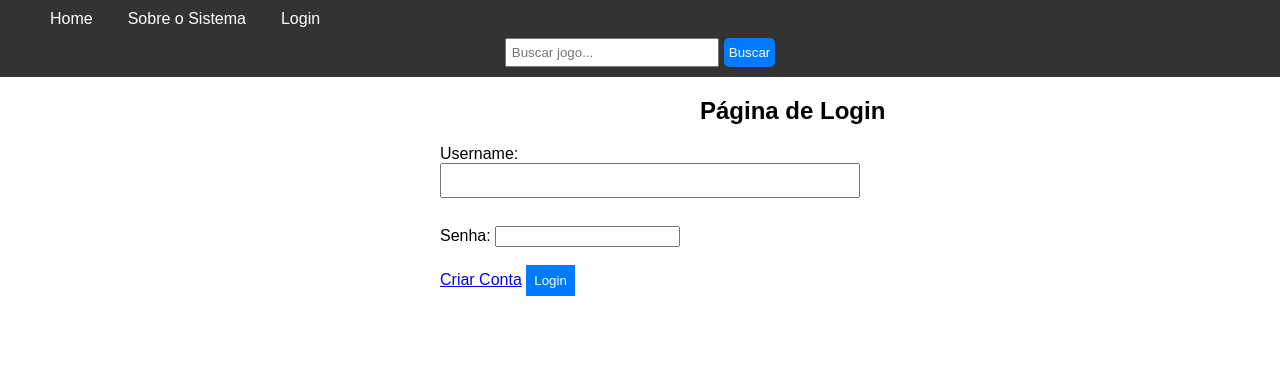
Repository: lucasparila/JogosEletronicos
Page: http://localhost/JogosEletronicos/view/login.jsp
An editor plug-in stored every save of this project. The page is shown before and after the next save, followed by the edit.
The browser window is 1280 px wide. The pictures show the whole page.
The page is served by Tomcat 9. Other server files are loaded and not shown.

Above is the page before, as saved 2025-05-17 18:55:20.

### JogosEletronicos/src/main/webapp/view/login.jsp
<%@ page contentType="text/html; charset=UTF-8" pageEncoding="UTF-8" %>
<!DOCTYPE html>
<html>
<head>
    <title>Cadastrar Jogo</title>
    <link rel="stylesheet" href="<%= request.getContextPath() %>/css/header.css">
    <link rel="stylesheet" href="<%= request.getContextPath() %>/css/login.css">
</head>
<body>

<%
    String contextPath = ((HttpServletRequest) request).getContextPath();
%>

    <jsp:include page="header.jsp" />
    <h2 class="titulo-login">Página de Login</h2>

    <form class="form-login" action="<%= request.getContextPath() %>/login" method="post">
        <label>Username:</label>
        <input type="text" name="username" required><br><br> <!-- Correção aqui -->

        <label>Senha:</label>
        <input type="password" name="senha" required><br><br> <!-- Correção aqui -->

        <a href="<%= contextPath %>/view/criar-conta.jsp">Criar Conta</a>
        <input type="submit" value="Login">
    </form>

    <% String mensagem = (String) session.getAttribute("mensagem"); %>
<% if (mensagem != null) { %>
    <p style="color: red;"><%= mensagem %></p>
    <% session.removeAttribute("mensagem"); %> <!-- Remove após exibir -->
<% } %>
</body>
</html>

### JogosEletronicos/src/main/webapp/view/header.jsp
<%@ page contentType="text/html; charset=UTF-8" pageEncoding="UTF-8" session="true" %>
<!DOCTYPE html>
<html>
<head>
    <title>Header</title>
    <link rel="stylesheet" href="<%= request.getContextPath() %>/css/header.css">
</head>
<body>

<%
    String username = (String) session.getAttribute("username");
    String contextPath = request.getContextPath();
%>

<header>
    <nav class="navbar">

            <% if (username != null) { %>
            	 <ul class="menu">
            		<li><a href="<%= contextPath %>/index.jsp">Home</a></li>
            		<li><a href="<%= contextPath %>/view/sobre-sistema.jsp">Sobre o Sistema</a></li>
            		<li><a href="<%= contextPath %>/view/exibirJogo.jsp">Meus jogos</a></li>
            		<li class="usuario"><span class="saudacao"><%= username %>!</span></li>
               		<li class="sair"><a href="<%= contextPath %>/logout" class="logout">Sair</a></li>
       			 </ul>

            <% } else { %>
           		 <ul class="menu">
           			 <li><a href="<%= contextPath %>/index.jsp">Home</a></li>
            		 <li><a href="<%= contextPath %>/view/sobre-sistema.jsp">Sobre o Sistema</a></li>
            		 <li><a href="<%= contextPath %>/view/login.jsp">Login</a></li>
       			 </ul>

            <% } %>
    </nav>

    <!-- Campo de busca -->
    <form action="<%= contextPath %>/buscar-jogo" method="post" class="search-form">
        <input type="text" name="titulo" placeholder="Buscar jogo..." required>
        <button type="submit">Buscar</button>
    </form>
</header>

</body>
</html>

### JogosEletronicos/src/main/webapp/css/header.css
body, html {
    margin: 0;
    padding: 0;
    font-family: Arial, sans-serif;
}

header {
    background-color: #333;
    padding: 10px;
    display: flex;
    flex-direction: column;
    align-items: center;
}

.navbar {
    display: flex;
    justify-content: space-between;
    width: 100%;
    max-width: 1200px;
    align-items: center;
}

.menu {
    list-style: none;
    padding: 0;
    margin: 0;
    display: flex;
}

.menu li {
    margin-right: 15px;
}

.menu li a {
    color: #fff;
    text-decoration: none;
    padding: 5px 10px;
    transition: background-color 0.3s;
}

.menu li a:hover {
    background-color: #555;
}

.usuario{
	margin-left: 700px;
}

.sair{
	margin-left: 800px;
}
.search-form {
    margin-top: 10px;
    display: flex;
    justify-content: center;
    width: 100%;
}

.search-form input[type="text"] {
    padding: 5px;
    margin-right: 5px;
    width: 200px;
}

.search-form button {
    padding: 5px;
    background-color: #007bff;
    color: #fff;
    border: none;
    cursor: pointer;
    border-radius: 5px;
}

.search-form button:hover {
    background-color: #0056b3;
}

### JogosEletronicos/src/main/webapp/css/login.css
.form-login {
    display: block;
    max-width: 400px;
    margin: auto;
}

.titulo-login {
	margin-left: 700px;
}

.form-login  input[type="text"],
.form-login  textarea,
.form-login  input[type="file"] {
    width: 100%;
    padding: 8px;
    margin-bottom: 10px;
}
.form-login  button,
.form-login  input[type="submit"] {
    padding: 8px;
    background-color: #007bff;
    color: white;
    border: none;
    cursor: pointer;
}

After the next save:
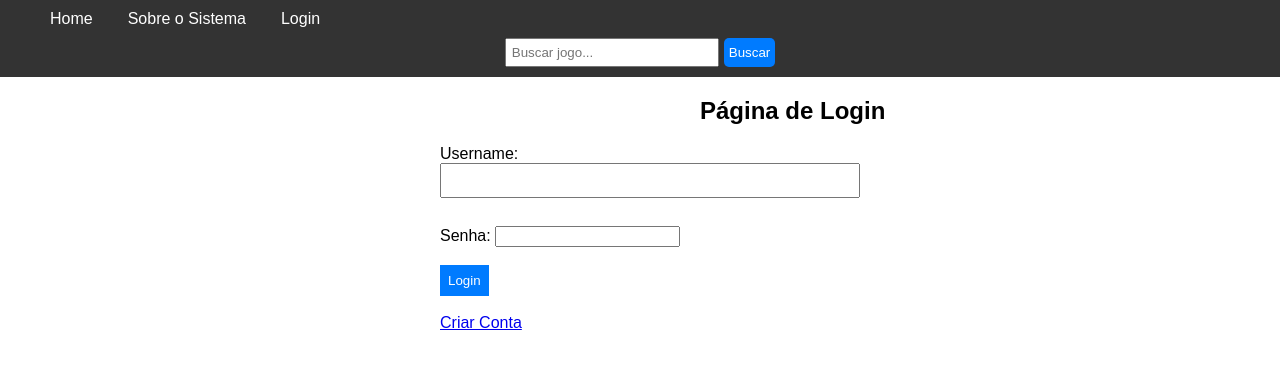
Saved 114 s later.
--- a/JogosEletronicos/src/main/webapp/view/login.jsp
+++ b/JogosEletronicos/src/main/webapp/view/login.jsp
@@ -17,18 +17,17 @@
 
     <form class="form-login" action="<%= request.getContextPath() %>/login" method="post">
         <label>Username:</label>
-        <input type="text" name="username" required><br><br> <!-- Correção aqui -->
-
+        <input type="text" name="username" required><br><br>
         <label>Senha:</label>
-        <input type="password" name="senha" required><br><br> <!-- Correção aqui -->
+        <input type="password" name="senha" required><br><br>
+        <input type="submit" value="Login"><br><br>
 
         <a href="<%= contextPath %>/view/criar-conta.jsp">Criar Conta</a>
-        <input type="submit" value="Login">
     </form>
 
     <% String mensagem = (String) session.getAttribute("mensagem"); %>
 <% if (mensagem != null) { %>
-    <p style="color: red;"><%= mensagem %></p>
+    <p class="mensagem"><%= mensagem %></p>
     <% session.removeAttribute("mensagem"); %> <!-- Remove após exibir -->
 <% } %>
 </body>
